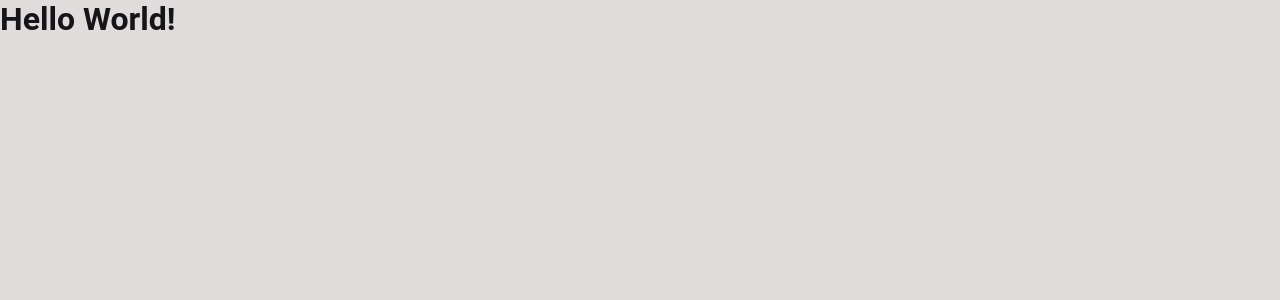
Repository: brunobfuhr/P-gina-Din-nmica---React
Page: / (app in feed/)
An editor plug-in stored every save of this project. The page is shown before and after the next save, followed by the edit.
The browser window is 1280 px wide. The pictures show the whole page.
The project was rebuilt for these pictures with package versions that can differ from the ones it lists, and the page was loaded fresh each time. Also part of the build but not shown: feed/vite.config.js.

Above is the page before, as saved 2022-09-28 16:02:36.

### feed/src/App.jsx
import './global.css';

function App() {

  return (
    <h1>Hello World!</h1>


  )
}

export default App

### feed/src/global.css
:root {
    --white: #fff;
    --gray-100: #e0dcdc;
    --gray-300: #c4c4cc;
    --gray-400: #8d8d99;
    --gray-500: #4F4F5A;
    --gray-600: #323238;
    --gray-700: #29292e;
    --gray-800: #202024;
    --gray-900: #141419;

    --green-100: #49efa7;
    --green-200: #3CD593;
}

* {
    margin: 0;
    padding: 0;
    box-sizing: border-box;
}

body {
    background: var(--gray-100);
    color: var(--gray-900);
    -webkit-font-smothing: antialiased;
}

body,
input,
textarea,
button {
    font-family: "Roboto", sans-serif;
    font-weight: 400;
    font-size: 1rem;
}

### feed/src/assets/global.css
:root {
    --white: #fff;
    --gray-100: #e0dcdc;
    --gray-300: #c4c4cc;
    --gray-400: #8d8d99;
    --gray-500: #4F4F5A;
    --gray-600: #323238;
    --gray-700: #29292e;
    --gray-800: #202024;
    --gray-900: #141419;

    --green-100: #49efa7;
    --green-200: #3CD593;
  }

  * {
    margin: 0;
    padding: 0;
    box-sizing: border-box;
  }

  body {
    background: var(--gray-100);
  }

Loaded but not shown: feed/index.html (common file); feed/src/main.jsx (common file)

After the next save:
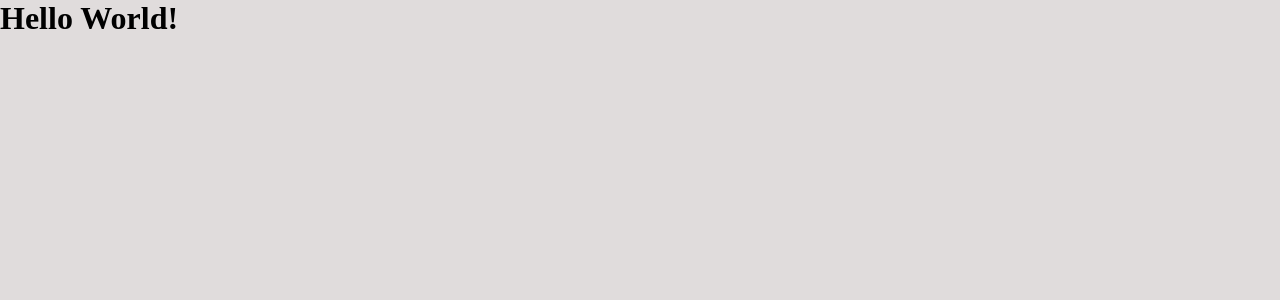
Saved 24 s later.
--- a/feed/src/App.jsx
+++ b/feed/src/App.jsx
@@ -1,4 +1,4 @@
-import './global.css';
+import './assets/global.css';
 
 function App() {
 
